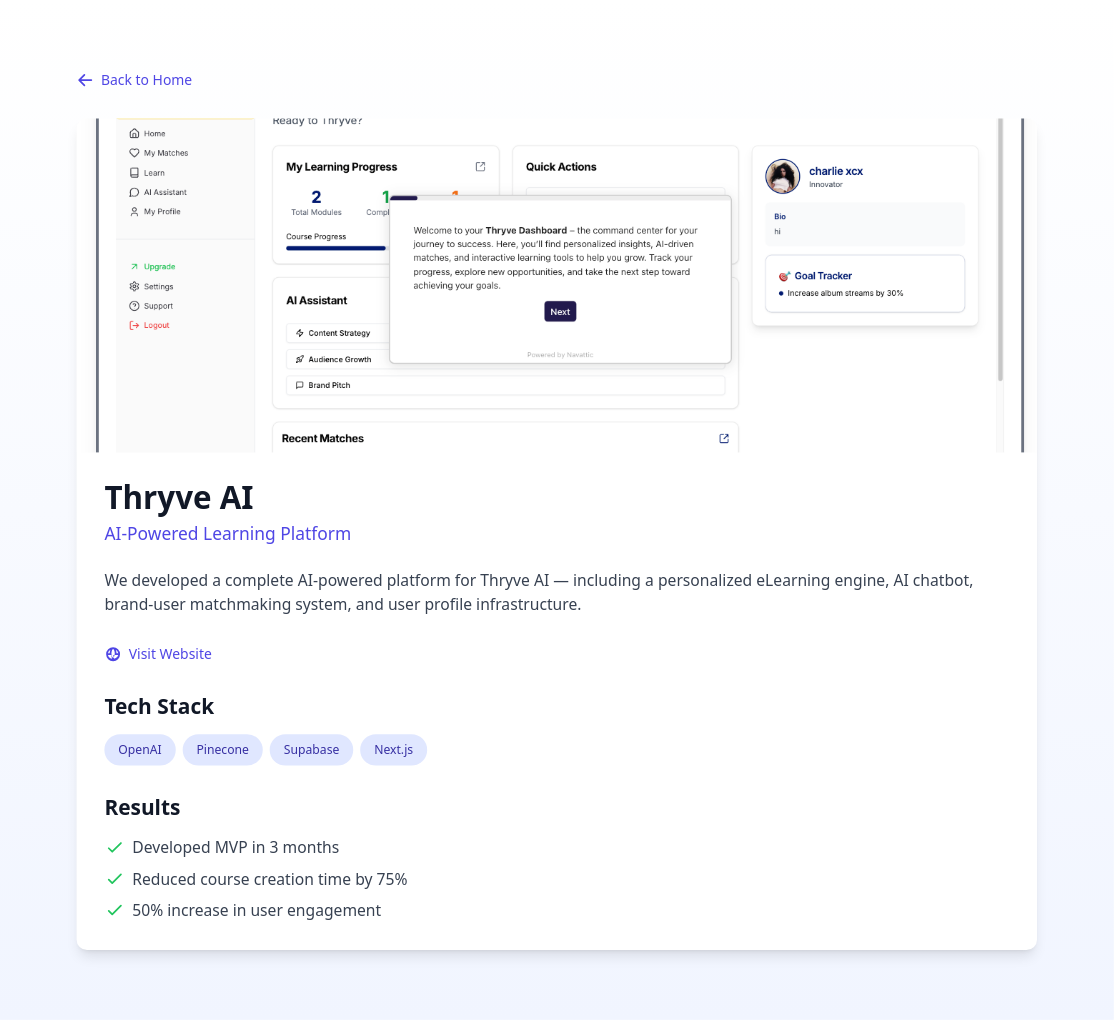
Repository: kayacancode/kayacancode-agency
Page: /case-study/thryve-ai
An editor plug-in stored every save of this project. The page is shown before and after the next save, followed by the edit.
The browser window is 1280 px wide. The pictures show the whole page, at 87% of full size.
The project was rebuilt for these pictures with package versions that can differ from the ones it lists, and the page was loaded fresh each time. The framework's server and built-in components were replaced by stand-ins that run in the browser. Also part of the build but not shown: next.config.js.

Above is the page before, as saved 2025-04-25 22:09:40.

### src/app/layout.tsx
import type { Metadata } from 'next';
import { Inter } from 'next/font/google';
import './globals.css';

const inter = Inter({ subsets: ['latin'] });

export const metadata: Metadata = {
  title: 'Kayacancode - AI-Powered Business Development',
  description: 'Empowering founders with full-stack development and AI integration to ship smarter, faster, better.',
};

export default function RootLayout({
  children,
}: {
  children: React.ReactNode;
}) {
  return (
    <html lang="en">
      <body className={inter.className}>{children}</body>
    </html>
  );
}

### src/app/case-study/[id]/page.tsx
'use client';

import React, { useEffect, useState } from 'react';
import { motion } from 'framer-motion';
import Image from 'next/image';
import Link from 'next/link';
import { useParams } from 'next/navigation';

export default function CaseStudyPage() {
  const params = useParams();
  const [mounted, setMounted] = useState(false);

  useEffect(() => {
    setMounted(true);
  }, []);

  const caseStudy = {
    id: 'thryve-ai',
    title: 'Thryve AI',
    subtitle: 'AI-Powered Learning Platform',
    description: 'We developed a complete AI-powered platform for Thryve AI — including a personalized eLearning engine, AI chatbot, brand-user matchmaking system, and user profile infrastructure.',
    image: '/thryve.png',
    website: 'https://thryveai.ai',
    techStack: ['OpenAI', 'Pinecone', 'Supabase', 'Next.js'],
    results: ['Developed MVP in 3 months', 'Reduced course creation time by 75%', '50% increase in user engagement']
  };

  if (!mounted) {
    return null;
  }

  return (
    <div className="min-h-screen bg-gradient-to-b from-white to-[#f1f5ff] text-gray-900 font-sans">
      <div className="max-w-6xl mx-auto px-6 py-20">
        <Link href="/" className="inline-flex items-center text-indigo-600 hover:text-indigo-800 mb-8">
          <svg xmlns="http://www.w3.org/2000/svg" className="h-5 w-5 mr-2" viewBox="0 0 20 20" fill="currentColor">
            <path fillRule="evenodd" d="M9.707 16.707a1 1 0 01-1.414 0l-6-6a1 1 0 010-1.414l6-6a1 1 0 011.414 1.414L5.414 9H17a1 1 0 110 2H5.414l4.293 4.293a1 1 0 010 1.414z" clipRule="evenodd" />
          </svg>
          Back to Home
        </Link>

        <motion.div
          initial={{ opacity: 0, y: 20 }}
          animate={{ opacity: 1, y: 0 }}
          transition={{ duration: 0.5 }}
          className="bg-white rounded-xl shadow-lg overflow-hidden"
        >
          <div className="relative h-96">
            <Image
              src={caseStudy.image}
              alt={caseStudy.title}
              fill
              className="object-cover"
              priority
            />
          </div>
          <div className="p-8">
            <h1 className="text-4xl font-bold text-gray-900 mb-2">{caseStudy.title}</h1>
            <p className="text-xl text-indigo-600 mb-6">{caseStudy.subtitle}</p>
            <p className="text-lg text-gray-700 mb-8">{caseStudy.description}</p>

            {caseStudy.website && (
              <a
                href={caseStudy.website}
                target="_blank"
                rel="noopener noreferrer"
                className="inline-flex items-center text-indigo-600 hover:text-indigo-800 mb-8"
              >
                <svg xmlns="http://www.w3.org/2000/svg" className="h-5 w-5 mr-2" viewBox="0 0 20 20" fill="currentColor">
                  <path fillRule="evenodd" d="M4.083 9h1.946c.089-1.546.383-2.97.837-4.118A6.004 6.004 0 004.083 9zM10 2a8 8 0 100 16 8 8 0 000-16zm0 2c-.076 0-.232.032-.465.262-.238.234-.497.623-.737 1.182-.389.907-.706 2.142-.706 3.556 0 1.414.317 2.649.706 3.556.24.56.5.948.737 1.182.233.23.389.262.465.262.076 0 .232-.032.465-.262.238-.234.498-.623.737-1.182.389-.907.706-2.142.706-3.556 0-1.414-.317-2.649-.706-3.556-.24-.56-.5-.948-.737-1.182C10.232 4.032 10.076 4 10 4zm3.971 5c-.089-1.546-.383-2.97-.837-4.118A6.004 6.004 0 0115.917 9h-1.946zm-2.003 2H8.032c.09 1.546.384 2.97.837 4.118A6.004 6.004 0 0015.917 11h-1.946zm-8.003 0H4.083a6.004 6.004 0 007.003 4.118C10.616 13.97 10.322 12.546 10.233 11z" clipRule="evenodd" />
                </svg>
                Visit Website
              </a>
            )}

            <div className="mb-8">
              <h2 className="text-2xl font-semibold text-gray-900 mb-4">Tech Stack</h2>
              <div className="flex flex-wrap gap-2">
                {caseStudy.techStack.map((tech, index) => (
                  <span
                    key={index}
                    className="px-4 py-2 bg-indigo-100 text-indigo-800 rounded-full text-sm font-medium"
                  >
                    {tech}
                  </span>
                ))}
              </div>
            </div>

            <div>
              <h2 className="text-2xl font-semibold text-gray-900 mb-4">Results</h2>
              <ul className="space-y-2">
                {caseStudy.results.map((result, index) => (
                  <li key={index} className="flex items-center text-lg text-gray-700">
                    <svg xmlns="http://www.w3.org/2000/svg" className="h-6 w-6 text-green-500 mr-2" fill="none" viewBox="0 0 24 24" stroke="currentColor">
                      <path strokeLinecap="round" strokeLinejoin="round" strokeWidth={2} d="M5 13l4 4L19 7" />
                    </svg>
                    {result}
                  </li>
                ))}
              </ul>
            </div>
          </div>
        </motion.div>
      </div>
    </div>
  );
}

### src/app/globals.css
@tailwind base;
@tailwind components;
@tailwind utilities;

:root {
  --foreground-rgb: 0, 0, 0;
  --background-start-rgb: 255, 255, 255;
  --background-end-rgb: 241, 245, 255;
}

body {
  color: rgb(var(--foreground-rgb));
  background: linear-gradient(
    to bottom,
    rgb(var(--background-start-rgb)),
    rgb(var(--background-end-rgb))
  );
}

### tailwind.config.js
/** @type {import('tailwindcss').Config} */
module.exports = {
  content: [
    './src/pages/**/*.{js,ts,jsx,tsx,mdx}',
    './src/components/**/*.{js,ts,jsx,tsx,mdx}',
    './src/app/**/*.{js,ts,jsx,tsx,mdx}',
  ],
  theme: {
    extend: {
      backgroundImage: {
        'gradient-radial': 'radial-gradient(var(--tw-gradient-stops))',
        'gradient-conic': 'conic-gradient(from 180deg at 50% 50%, var(--tw-gradient-stops))',
      },
    },
  },
  plugins: [],
}

After the next save:
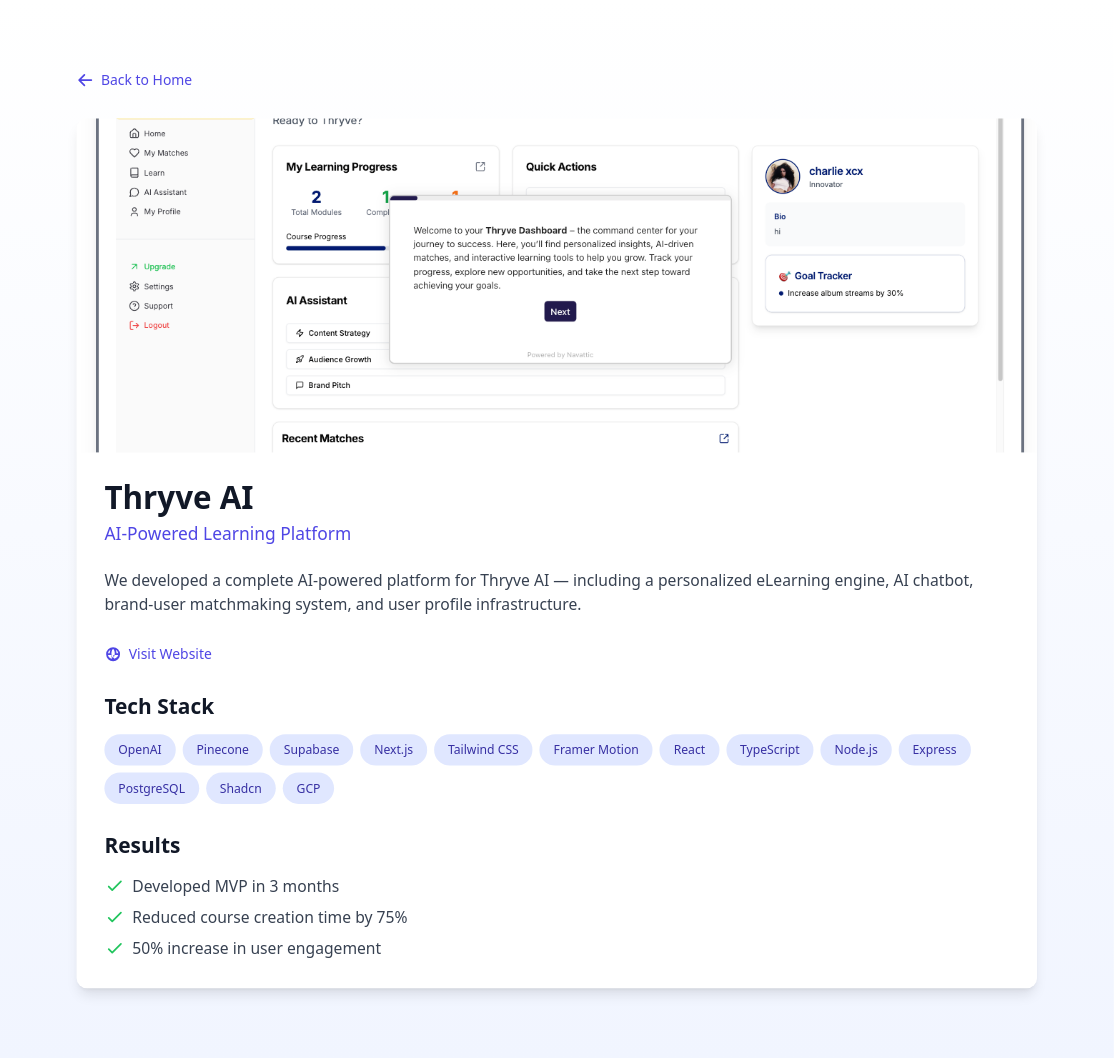
Saved 68 s later.
--- a/src/app/case-study/[id]/page.tsx
+++ b/src/app/case-study/[id]/page.tsx
@@ -21,7 +21,7 @@
     description: 'We developed a complete AI-powered platform for Thryve AI — including a personalized eLearning engine, AI chatbot, brand-user matchmaking system, and user profile infrastructure.',
     image: '/thryve.png',
     website: 'https://thryveai.ai',
-    techStack: ['OpenAI', 'Pinecone', 'Supabase', 'Next.js'],
+    techStack: ['OpenAI', 'Pinecone', 'Supabase', 'Next.js', 'Tailwind CSS', 'Framer Motion', 'React', 'TypeScript', 'Node.js', 'Express', 'PostgreSQL', 'Shadcn', 'GCP'],
     results: ['Developed MVP in 3 months', 'Reduced course creation time by 75%', '50% increase in user engagement']
   };
 
